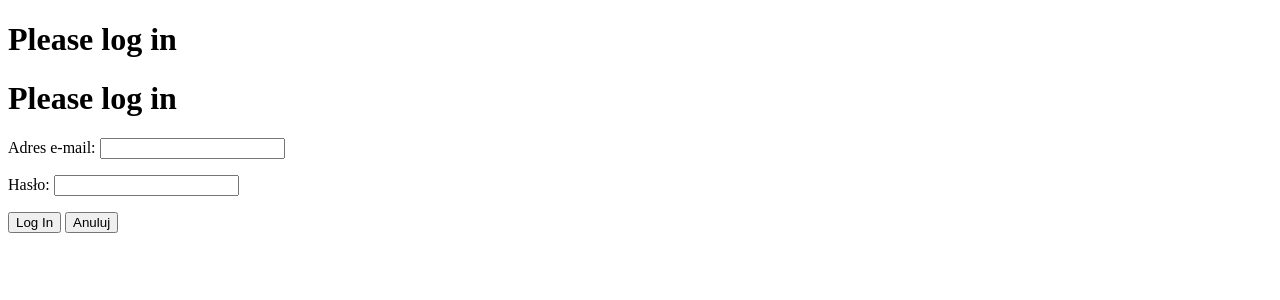
Repository: SirRabbitt/Aplikacja-crud-z-logowaniem-php-js-
Page: http://localhost/login.php
The author's editor kept a copy of each file at every save. The page is drawn from the files as they stood at one save, then again after the next save.
The browser window is 1280 px wide. The pictures show the whole page.
The page is run by PHP 8.4 with error messages shown; the project is at /var/www/html/. pdo.php is not in the repository; a stand-in opens the database connection. Other server files are loaded and not shown.

Above is the page before, as saved 2024-05-21 12:50:59.

### login.php
<?php
session_start();
require_once "pdo.php";

if (isset($_POST['cancel'])) {
    header("Location: index.php");
    return;
}

if (isset($_POST['email']) && isset($_POST['pass'])) {
    if (strlen($_POST['email']) < 1 || strlen($_POST['pass']) < 1) {
        $_SESSION['error'] = "Wszystkie pola są wymagane";
        header("Location: login.php");
        return;
    } else {
        $check = hash('md5', 'XyZzy12*_'.$_POST['pass']);
        $stmt = $pdo->prepare("SELECT user_id, name FROM users WHERE email = :em AND password = :pw");
        $stmt->execute(array(':em' => $_POST['email'], ':pw' => $check));
        $row = $stmt->fetch(PDO::FETCH_ASSOC);
        if ($row !== false) {
            $_SESSION['name'] = $row['name'];
            $_SESSION['user_id'] = $row['user_id'];
            header("Location: index.php");
            return;
        } else {
            $_SESSION['error'] = "Niepoprawny adres e-mail lub hasło";
            header("Location: login.php");
            return;
        }
    }
}
?>
<!DOCTYPE html>
<html>
<head>
<title>b82706ae</title>
<script>
function showError() {
    alert("Niepoprawny adres e-mail lub hasło");
}
</script>
</head>
<body>
<h1>Please log in</h1>
<?php
if (isset($_SESSION['error'])) {
    echo "<script>showError();</script>";
    unset($_SESSION['error']);
}
?>
<h1>Please log in</h1>
<form method="POST">
<p>Adres e-mail: <input type="text" name="email"></p>
<p>Hasło: <input type="password" name="pass"></p>
<input type="submit" value="Log In">
<input type="submit" name="cancel" value="Anuluj">
</form>
</body>
</html>

After the next save:
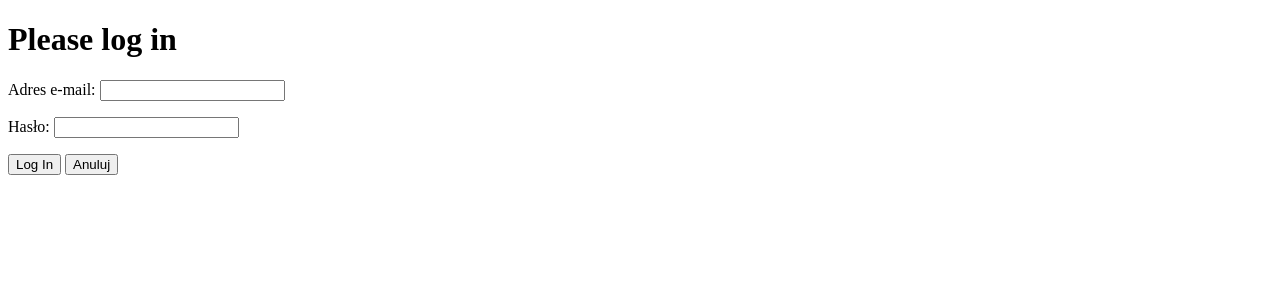
Saved 14 s later.
--- a/login.php
+++ b/login.php
@@ -41,7 +41,7 @@ function showError() {
 </script>
 </head>
 <body>
-<h1>Please log in</h1>
+
 <?php
 if (isset($_SESSION['error'])) {
     echo "<script>showError();</script>";
